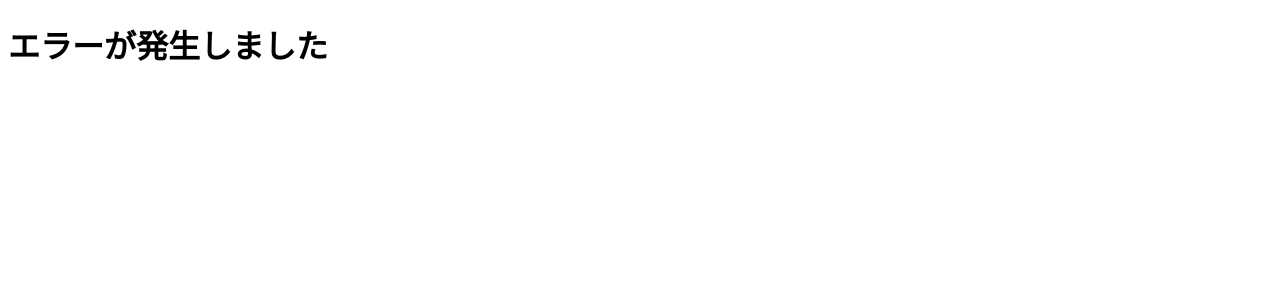
Repository: Numanaka/test
Page: http://localhost/WebProj4/loginError.jsp
The author's editor kept a copy of each file at every save. The page is drawn from the files as they stood at one save, then again after the next save.
The browser window is 1280 px wide. The pictures show the whole page.
The page is served by Tomcat 9.

Above is the page before, as saved 2019-07-01 04:00:28.

After the next save:
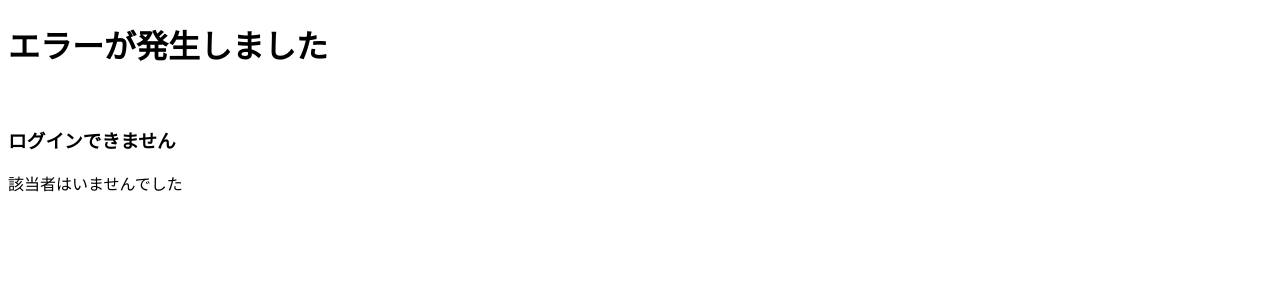
Saved 3 min 14 s later.
--- a/WebProj4/WebContent/loginError.jsp
+++ b/WebProj4/WebContent/loginError.jsp
@@ -8,6 +8,12 @@
 </head>
 <body>
 <h1>エラーが発生しました</h1>
+<br>
+<h3>ログインできません</h3>
+
+<s:if test='(loginDTOList.get(0).username)=="該当者なし"'>
+該当者はいませんでした
+</s:if>
 
 </body>
 </html>
